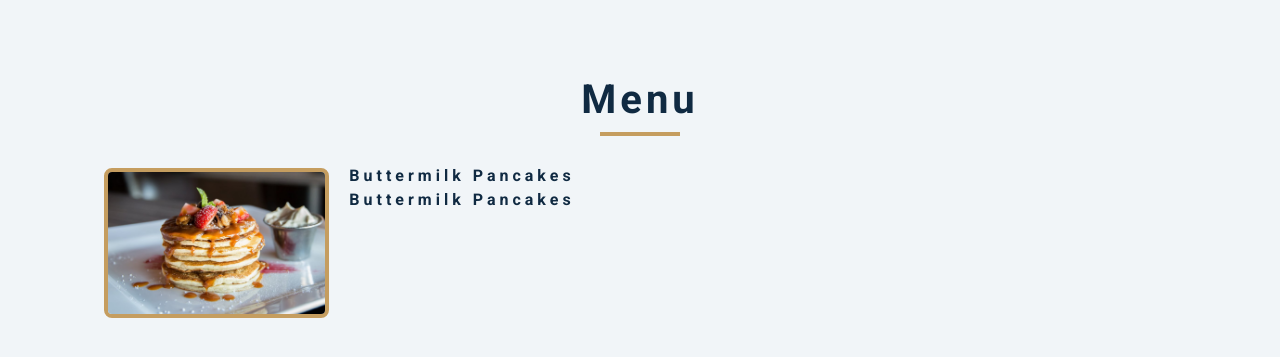
Repository: spidero7/Menu
Page: index.html
The author's editor kept a copy of each file at every save. The page is drawn from the files as they stood at one save, then again after the next save.
The browser window is 1280 px wide. The pictures show the whole page.
Some web libraries are served in a nearby version.

Above is the page before, as saved 2021-09-30 08:33:59.

After the next save:
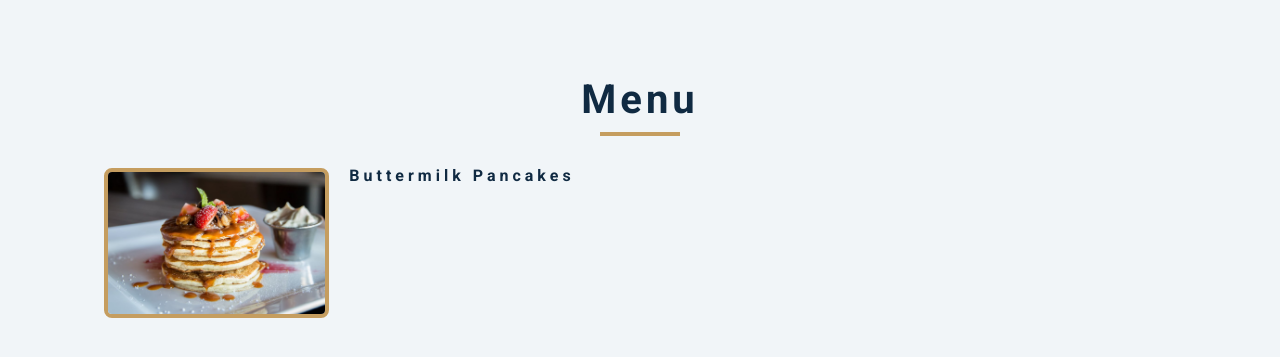
Saved 10 s later.
--- a/index.html
+++ b/index.html
@@ -22,7 +22,7 @@
                 <img src="menu-item.jpeg" class="photo" alt="menu-item">
                 <div class="item-info">
                     <h4>Buttermilk pancakes</h4>
-                    <h4>Buttermilk pancakes</h4>
+                    <h4></h4>
                 </div>
             </article>
         </div>
